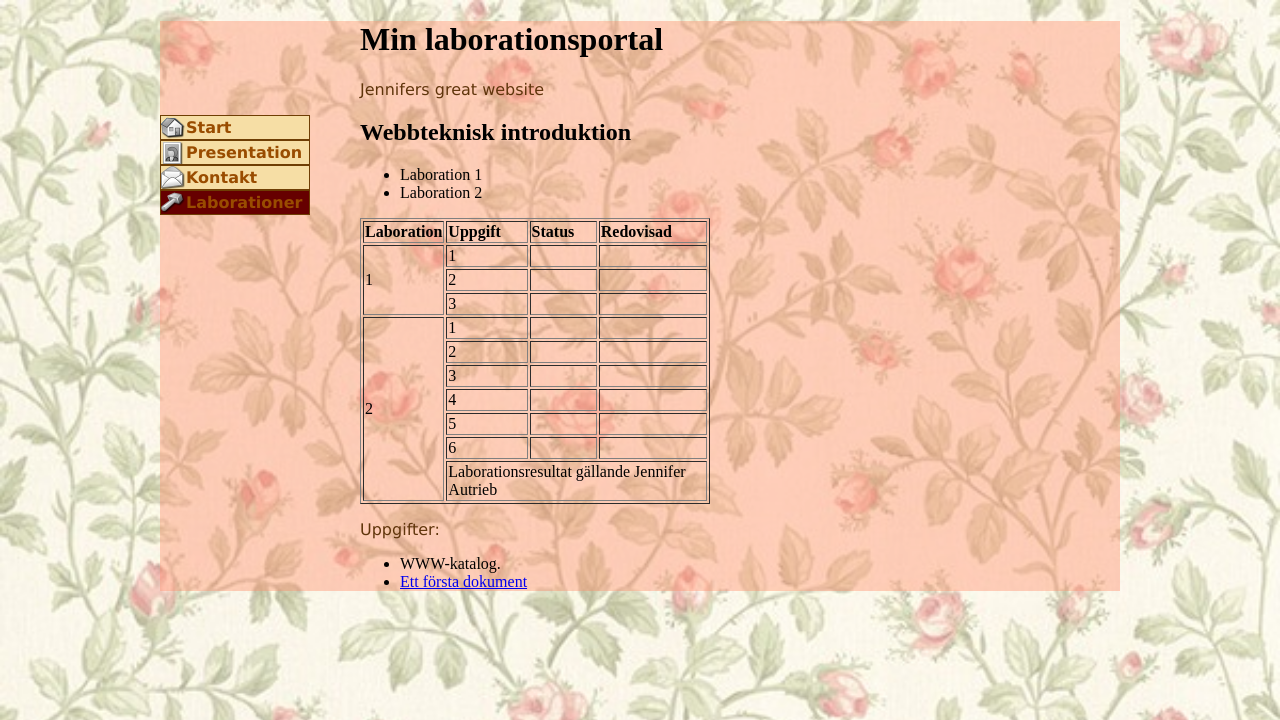
Repository: JeAut/1ik415-JeAut-laborationer
Page: WWW/pages/laborationer.html
The author's editor kept a record of every edit. The page is drawn from the files as they stood at one moment, then again after the next edit.
The browser window is 1280 px wide. The pictures show the whole page.

Above is the page before.

After the next edit:
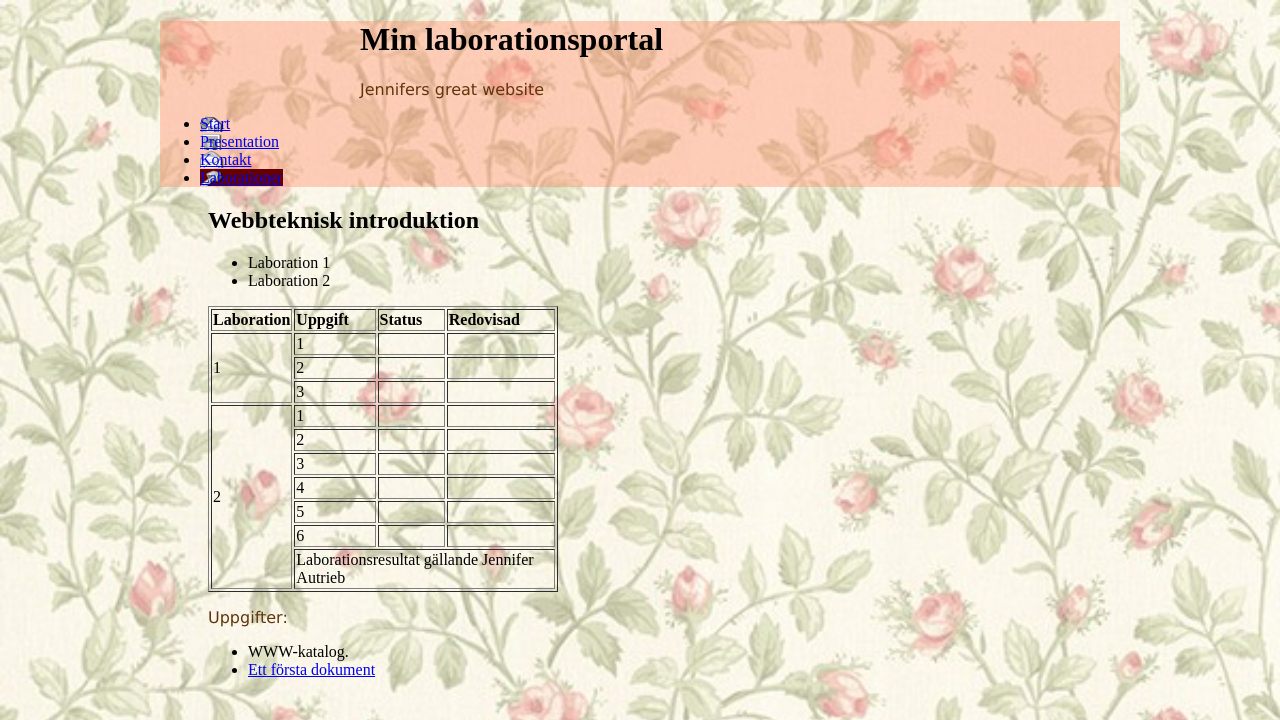
The edit:
--- a/WWW/pages/laborationer.html
+++ b/WWW/pages/laborationer.html
@@ -17,7 +17,7 @@
         <p>Jennifers great website</p>
         </div>
 
-        <div id="navigation">
+        <aside>
         <ul>
           <li><a href="../index.html" class="buttonstart"> Start</a></li>
           <li><a href="Presentation.html" class="buttonpresent"> Presentation</a></li>
